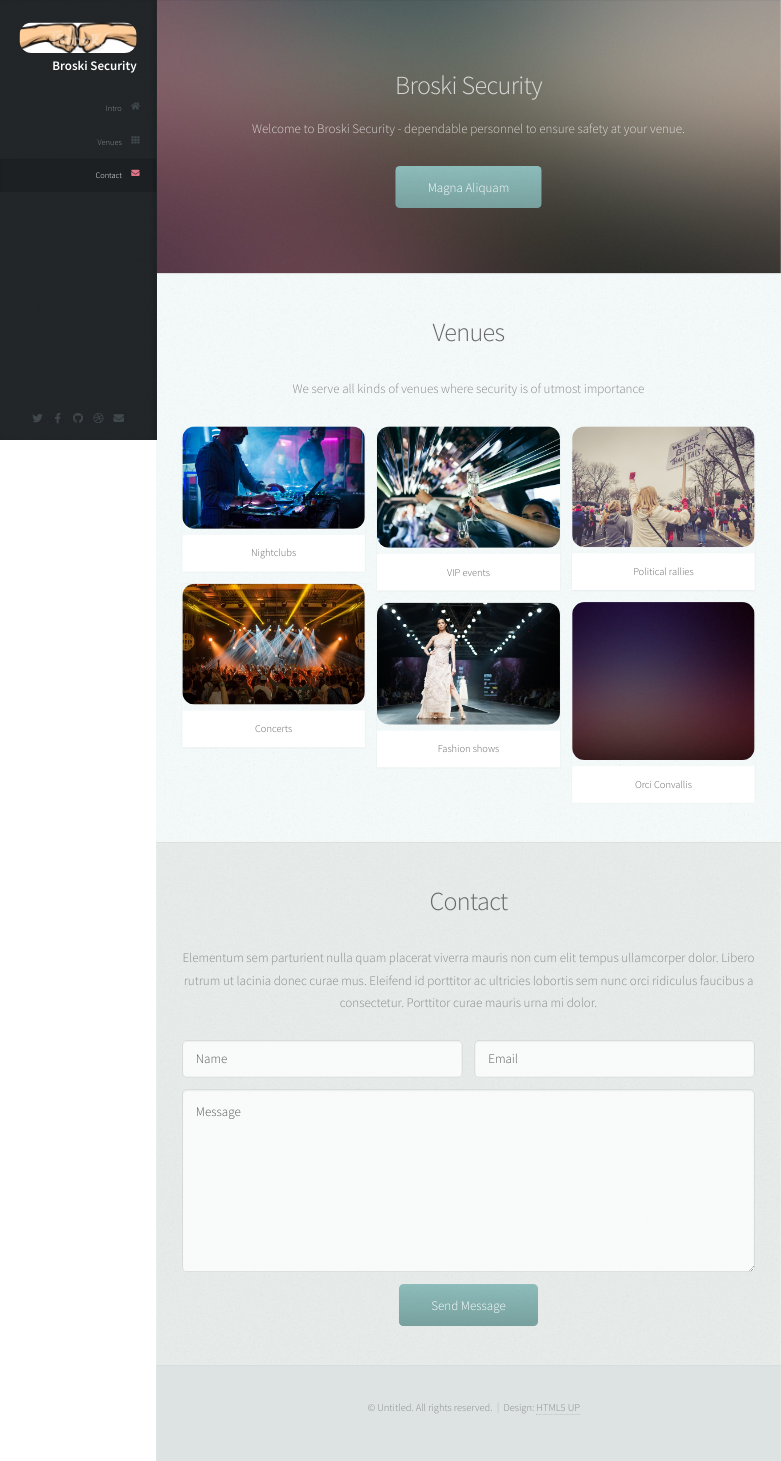
Repository: fiedore/fiedore.github.io
Page: index.html
These files come from the project's save history. The page is drawn as it stood at one moment and after a run of saves; the edit follows.
The browser window is 1280 px wide. The pictures show the whole page, at 61% of full size.

Above is the page before, as saved 2025-06-03 09:22:42.

After the next 2 saves:
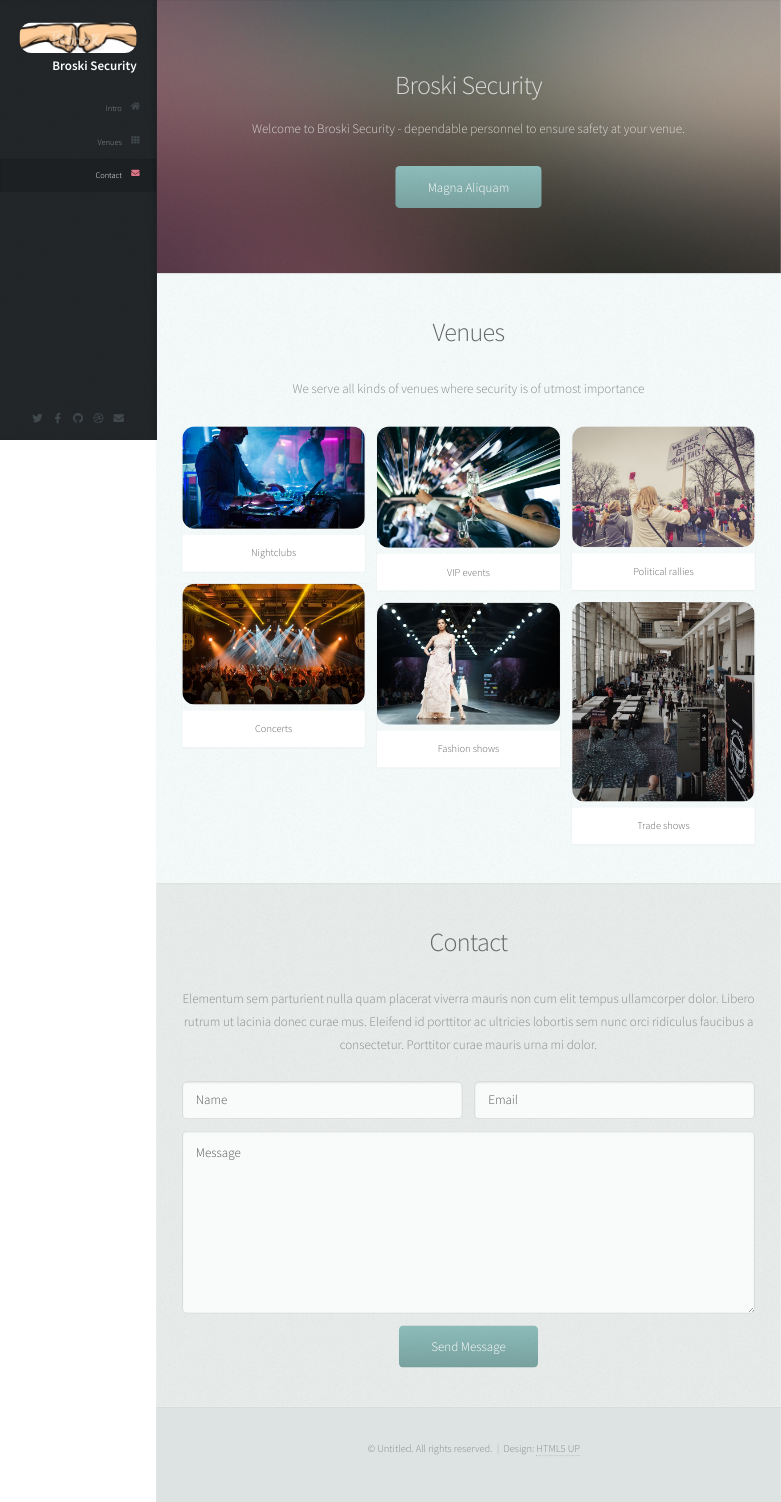
The 2 saves are shown as one change because they came seconds apart.
The last was saved 89 s later.
--- a/index.html
+++ b/index.html
@@ -118,9 +118,9 @@
 										</header>
 									</article>
 									<article class="item">
-										<a href="#" class="image fit"><img src="images/pic07.jpg" alt="" /></a>
-										<header>
-											<h3>Orci Convallis</h3>
+										<a href="#" class="image fit"><img src="images/tradeshow.jpg" alt="" /></a>
+										<header>
+											<h3>Trade shows</h3>
 										</header>
 									</article>
 								</div>
